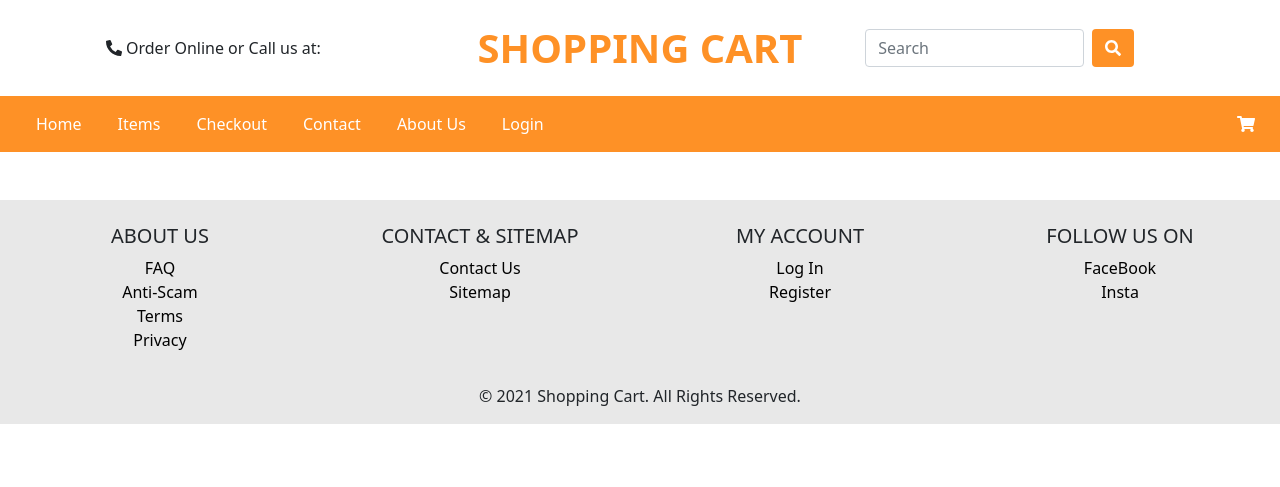
Repository: SaudCh/React-Ecommerce
Page: /checkout
These files come from the project's save history. The page is drawn as it stood at one moment and after the next save; the edit follows.
The browser window is 1280 px wide. The pictures show the whole page.
The project was rebuilt for these pictures with package versions that can differ from the ones it lists, and the page was loaded fresh each time. Also part of the build but not shown: src/App.css, src/Home/Carousel.jsx, src/data/items.js, src/data/discounted.js, src/Home/Card.jsx, src/Home/home.jsx, src/Login/Login.jsx, src/Register/register.jsx and 3 more.

Above is the page before, as saved 2021-12-22 15:17:53.

After the next save:
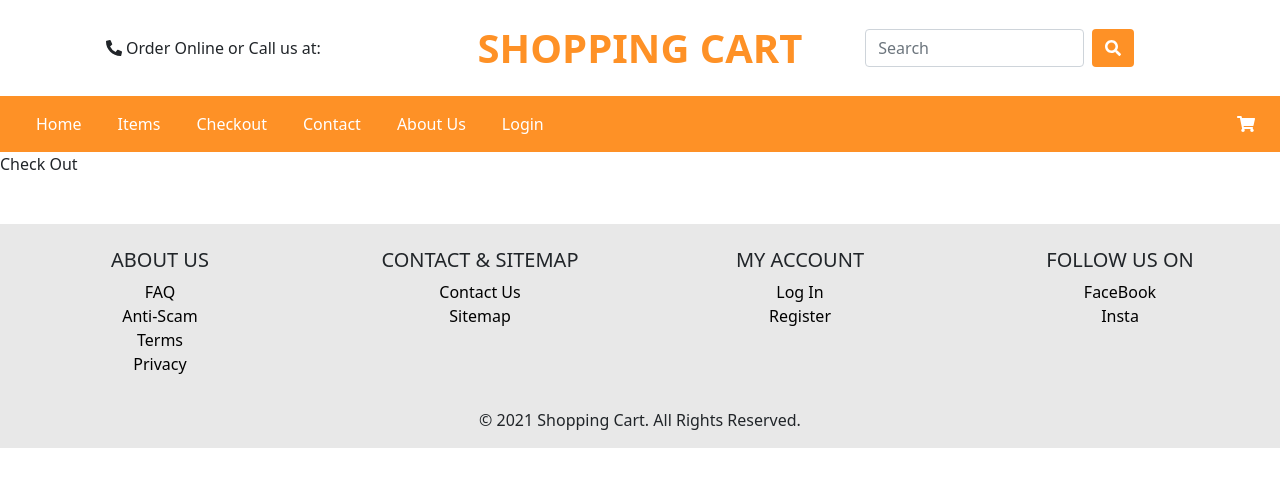
Saved 6 min 6 s later.
--- a/src/App.js
+++ b/src/App.js
@@ -10,6 +10,7 @@ import Item from "./Item/item";
 import Footer from "./Footer/Footer";
 import React, { useState } from "react";
 import Cart from "./Cart/Cart";
+import CheckOut from "./CheckOut/CheckOut";
 
 function App() {
   const [cart, setCart] = useState([]);
@@ -44,6 +45,9 @@ function App() {
           {/* <Register /> */}
           <Cart cart={cart} removeCart={removeCart} />
         </Route>
+        <Route path="/checkout" exact>
+          <CheckOut />
+        </Route>
       </Switch>
       <Footer />
     </BrowserRouter>
